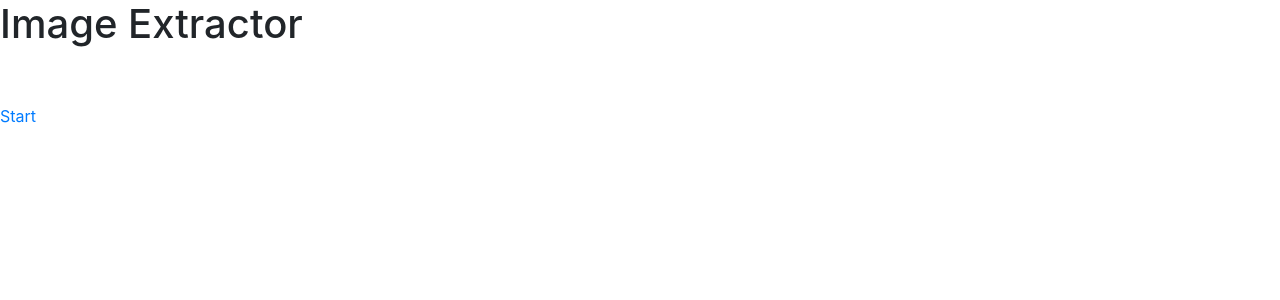
Repository: Rainam98/ImageExtractor
Page: http://localhost/demo/
The author's editor kept a copy of each file at every save. The page is drawn from the files as they stood at one save, then again after the next save.
The browser window is 1280 px wide. The pictures show the whole page.
The page is served by Tomcat 9.

Above is the page before, as saved 2023-06-02 05:02:31.

After the next save:
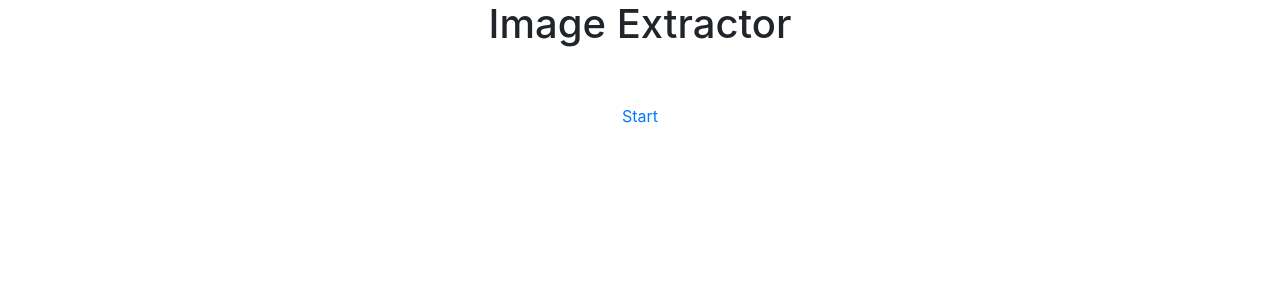
Saved 31 s later.
--- a/demo/src/main/webapp/index.jsp
+++ b/demo/src/main/webapp/index.jsp
@@ -8,9 +8,11 @@
 <title>Image Extractor</title>
 </head>
 <body>
+<div class="text-center">
 	<h1>Image Extractor</h1>
 	<br>
 	<br>
 	<a href="/start">Start</a>
+	</div>
 </body>
 </html>
